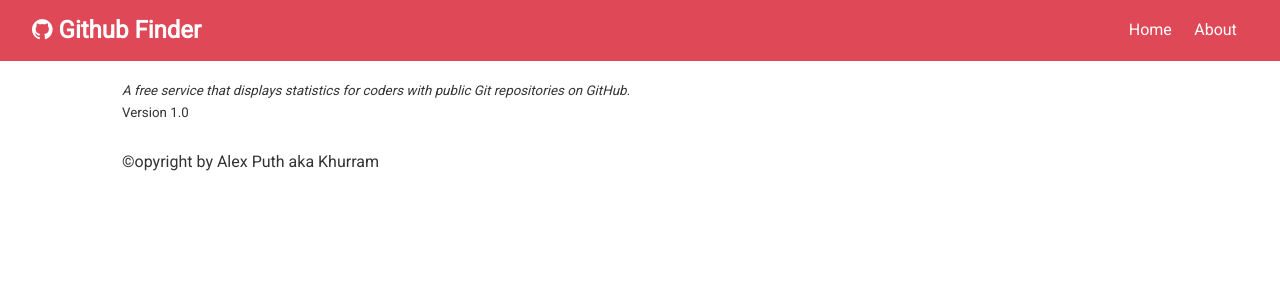
Repository: Abbaskhurram255/github-finder
Page: /about
An editor plug-in stored every save of this project. The page is shown before and after the next save, followed by the edit.
The browser window is 1280 px wide. The pictures show the whole page.
The page's requests for data from a server got no answer. The project was rebuilt for these pictures with package versions that can differ from the ones it lists, and the page was loaded fresh each time. No one was signed in, and anything a server would have sent is missing. Also part of the build but not shown: src/components/repos/RepoItem.js, src/components/repos/Repos.js, src/components/users/User.js, src/components/layout/Alert.js, src/components/users/Search.js, src/components/users/UserItem.js, src/components/users/Users.js, src/components/pages/Home.js and 1 more. Imported but missing from the stored project, and not drawn on this page: src/components/layout/Spinner.

Above is the page before, as saved 2020-12-19 22:12:40.

### public/index.html
<!DOCTYPE html>
<html lang="en">
  <head>
    <meta charset="utf-8" />
    <link rel="icon" href="%PUBLIC_URL%/favicon.ico" />
    <meta name="viewport" content="width=device-width, initial-scale=1" />
    <meta name="theme-color" content="#000000" />
    <meta
      name="description"
      content="Web site created using create-react-app"
    />
    <link rel="apple-touch-icon" href="%PUBLIC_URL%/logo192.png" />
    <link rel="manifest" href="%PUBLIC_URL%/manifest.json" />
    <link
      href="https://stackpath.bootstrapcdn.com/font-awesome/4.7.0/css/font-awesome.min.css"
      rel="stylesheet"
      integrity="sha384-wvfXpqpZZVQGK6TAh5PVlGOfQNHSoD2xbE+QkPxCAFlNEevoEH3Sl0sibVcOQVnN"
      crossorigin="anonymous"
    />
    <title>GitHub Finder</title>
  </head>
  <body>
    <noscript>You need to enable JavaScript to run this app.</noscript>
    <div id="root"></div>
  </body>
</html>

### src/App.js
import React, { useState } from 'react';
import { BrowserRouter as Router, Switch, Route } from 'react-router-dom';
import Navbar from './components/layout/Navbar';
import User from './components/users/User';
import Alert from './components/layout/Alert';
import Home from './components/pages/Home';
import NotFound from './components/pages/NotFound';
import About from './components/pages/About';

import GithubState from './context/github/GithubState';
import AlertState from './context/alert/AlertState';

import './App.css';

const App = () => {
  useState(null);

  return (
    <GithubState>
      <AlertState>
        <Router>
          <div className="app">
            <Navbar title="Github Finder" icon="fa fa-github" />
            <div className="container">
              <Alert />
              <Switch>
                <Route exact path="/" component={Home} />
                <Route exact path="/about" component={About} />
                <Route exact path="/user/:login" component={User} />
                <Route component={NotFound} />
              </Switch>
            </div>
          </div>
        </Router>
      </AlertState>
    </GithubState>
  );
};

export default App;

### src/components/layout/Navbar.js
import React from 'react';
import PropTypes from 'prop-types';
import { Link } from 'react-router-dom';

const Navbar = ({ icon, title }) => {
  return (
    <nav className="navbar bg-primary">
      <h1>
        <i className={icon} aria-hidden="true"></i> {title}
      </h1>
      <ul>
        <li>
          <Link to="/">Home</Link>
        </li>
        <li>
          <Link to="/about">About</Link>
        </li>
      </ul>
    </nav>
  );
};

Navbar.defaultProps = {
  title: 'Github Finder',
  icon: 'fa fa-github'
};

Navbar.propTypes = {
  title: PropTypes.string.isRequired,
  icon: PropTypes.string.isRequired
};

export default Navbar;

### src/components/pages/About.js
import React, { Fragment } from 'react';

const About = () => {
  return (
    <Fragment>
      <small><em>A free service that displays statistics for coders with public Git repositories on GitHub.</em><br /><p>Version 1.0</p></small><br />
      <span id='a'>&copy;opyright by Alex Puth aka Khurram</span>
    </Fragment>
  );
};

export default About;

### src/context/github/GithubState.js
import React, { useReducer } from 'react';
import axios from 'axios';
import GithubContext from './githubContext';
import GithubReducer from './githubReducer';
import {
  SEARCH_USERS,
  SET_LOADING,
  CLEAR_USERS,
  GET_USER,
  GET_REPOS
} from '../types';

let githubClientId;
let githubClientSecret;

if (process.env.NODE_ENV !== 'production') {
  githubClientId = process.env.REACT_APP_GITHUB_CLIENT_ID;
  githubClientSecret = process.REACT_APP_GITHUB_CLIENT_SECRET;
} else {
  githubClientId = process.env.GITHUB_CLIENT_ID;
  githubClientSecret = process.GITHUB_CLIENT_SECRET;
}

const GithubState = props => {
  const initialState = {
    users: [],
    user: {},
    repos: [],
    loading: false
  };

  const [state, dispatch] = useReducer(GithubReducer, initialState);
  // Search Users
  const searchUsers = async text => {
    setLoading();

    const res = await axios.get(
      `https://api.github.com/search/users?q=${text}&client_id=${githubClientId}&client_secret=${githubClientSecret})`
    );

    dispatch({
      type: SEARCH_USERS,
      payload: res.data.items
    });
  };

  // Get User
  const getUser = async username => {
    setLoading();

    const res = await axios.get(
      `https://api.github.com/users/${username}?client_id=${githubClientId}&client_secret=${githubClientSecret})`
    );

    dispatch({
      type: GET_USER,
      payload: res.data
    });
  };

  // Get Repos
  const getUserRepos = async username => {
    setLoading();

    const res = await axios.get(
      `https://api.github.com/users/${username}/repos?per_page=5&sort=created:asc&client_id=${githubClientId}&client_secret=${githubClientSecret})`
    );

    dispatch({
      type: GET_REPOS,
      payload: res.data
    });
  };

  // Clear Users
  const clearUsers = () =>
    dispatch({
      type: CLEAR_USERS
    });

  // Set Loading
  const setLoading = () => dispatch({ type: SET_LOADING });

  return (
    <GithubContext.Provider
      value={{
        users: state.users,
        user: state.user,
        repos: state.repos,
        loading: state.loading,
        searchUsers,
        clearUsers,
        getUser,
        getUserRepos
      }}
    >
      {props.children}
    </GithubContext.Provider>
  );
};

export default GithubState;

### src/context/alert/AlertState.js
import React, { useReducer } from 'react';

import AlertContext from './alertContext';
import AlertReducer from './alertReducer';
import { SET_ALERT, REMOVE_ALERT } from '../types';

const AlertState = props => {
  const initialState = null;

  const [state, dispatch] = useReducer(AlertReducer, initialState);

  // Set Alert
  const setAlert = (msg, type) => {
    dispatch({
      type: SET_ALERT,
      payload: { msg, type }
    });

    setTimeout(() => dispatch({ type: REMOVE_ALERT }), 5000);
  };

  return (
    <AlertContext.Provider
      value={{
        alert: state,
        setAlert
      }}
    >
      {props.children}
    </AlertContext.Provider>
  );
};

export default AlertState;

### src/context/github/githubReducer.js
import {
  SEARCH_USERS,
  SET_LOADING,
  CLEAR_USERS,
  GET_USER,
  GET_REPOS
} from '../types';

export default (state, action) => {
  switch (action.type) {
    case SEARCH_USERS:
      return {
        ...state,
        users: action.payload,
        loading: false
      };
    case GET_USER:
      return {
        ...state,
        user: action.payload,
        loading: false
      };
    case CLEAR_USERS:
      return {
        ...state,
        users: [],
        loading: false
      };
    case GET_REPOS:
      return {
        ...state,
        repos: action.payload,
        loading: false
      };
    case SET_LOADING:
      return {
        ...state,
        loading: true
      };
    default:
      return state;
  }
};

Loaded but not shown: src/index.js (common file); src/App.css (common file); src/context/github/githubContext.js (common file); src/context/alert/alertContext.js (common file); src/context/types.js (common file); src/context/alert/alertReducer.js (common file)

After the next save:
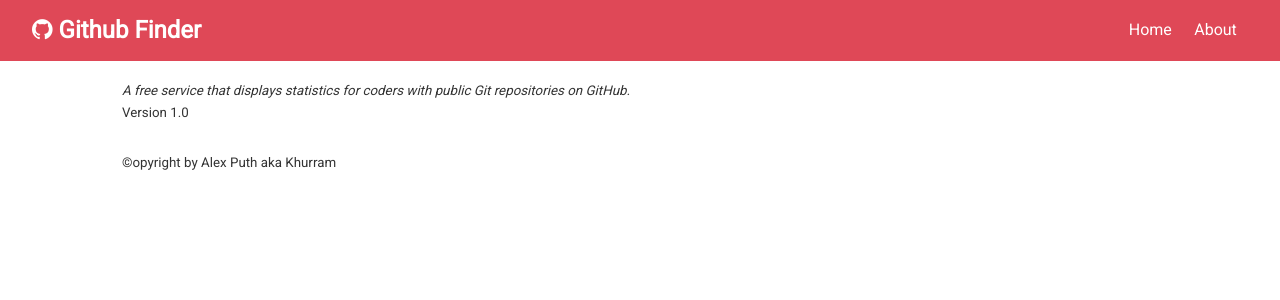
Saved 21 s later.
--- a/src/components/pages/About.js
+++ b/src/components/pages/About.js
@@ -4,7 +4,7 @@
   return (
     <Fragment>
       <small><em>A free service that displays statistics for coders with public Git repositories on GitHub.</em><br /><p>Version 1.0</p></small><br />
-      <span id='a'>&copy;opyright by Alex Puth aka Khurram</span>
+      <small id='ab'>&copy;opyright by Alex Puth aka Khurram</small>
     </Fragment>
   );
 };
